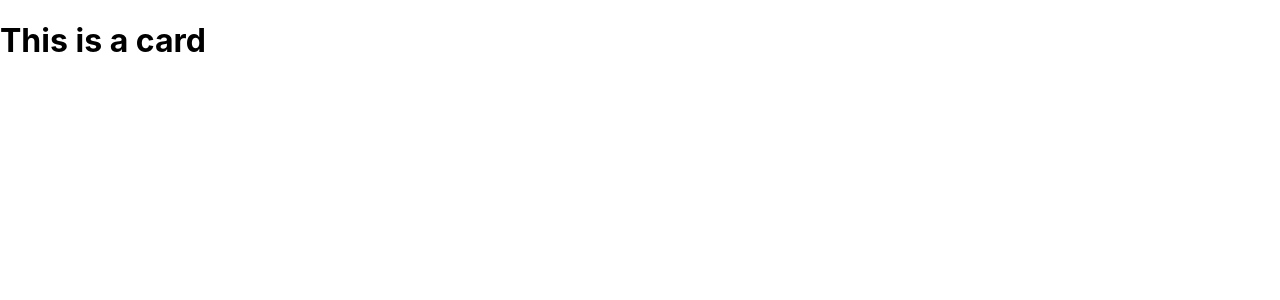
Repository: Syfon01/RobotFriends-App
Page: /
These files come from the project's save history. The page is drawn as it stood at one moment and after a run of saves; the edit follows.
The browser window is 1280 px wide. The pictures show the whole page.
The project was rebuilt for these pictures with package versions that can differ from the ones it lists, and the page was loaded fresh each time.

Above is the page before, as saved 2020-02-15 21:52:48.

After the next 6 saves:
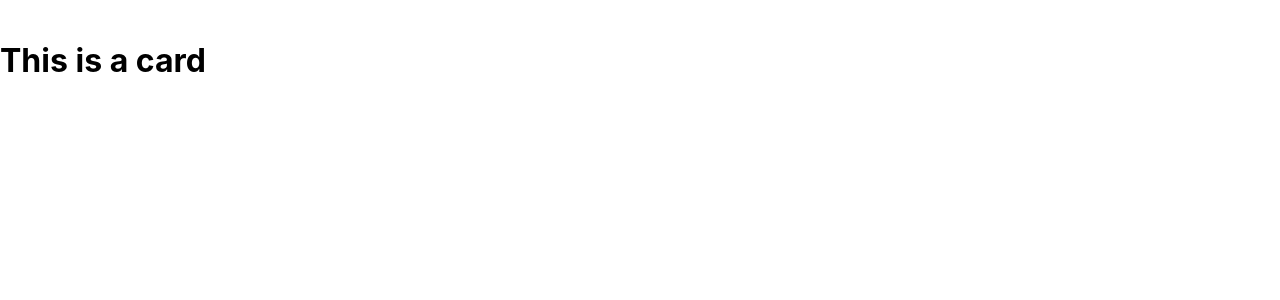
The 6 saves are shown as one change because 1 did not build or start and some came seconds apart.
The last was saved 3 min 32 s later.
--- a/src/Card.js
+++ b/src/Card.js
@@ -3,6 +3,7 @@ import React from 'react';
 const Card = () => {
   return (
     <div>
+      <img />
       <h1>This is a card</h1>
     </div>
   )
